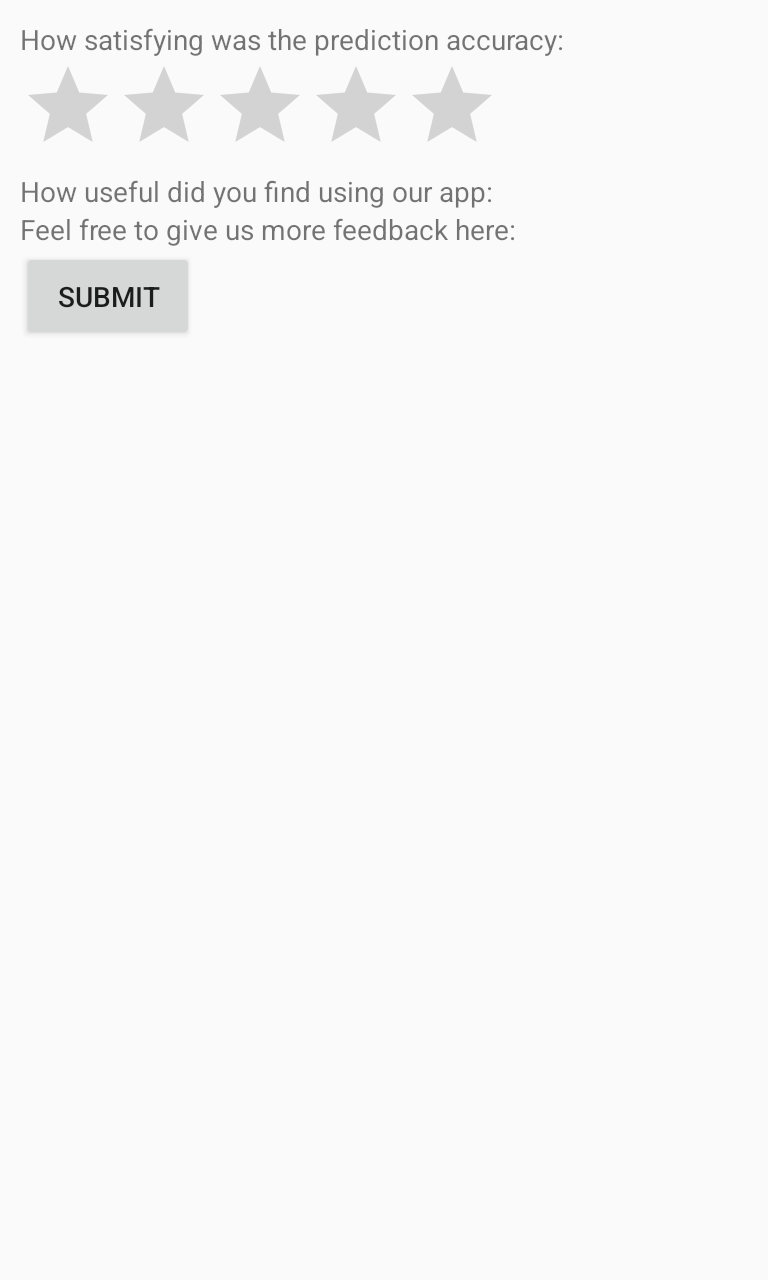
Repository: hessfr/contextRecognition
Layout: androidProjects/ContextRecognition/res/layout/activity_rating.xml
These files come from the project's save history. The layout is drawn as it stood at one moment and after the next save; the edit follows.
It is drawn on a 768 x 1280 px phone screen (xhdpi) without system bars, with theme AppTheme; the app's code is not run.

Above is the layout before, as saved 2014-05-30 07:36:00.

### androidProjects/ContextRecognition/res/layout/activity_rating.xml
<?xml version="1.0" encoding="utf-8"?>
<LinearLayout xmlns:android="http://schemas.android.com/apk/res/android"
    android:layout_width="match_parent"
    android:layout_height="match_parent"
    android:orientation="vertical"
    android:padding="10dp">

        <LinearLayout
	        android:layout_width="wrap_content"
	        android:layout_height="wrap_content"
	        android:orientation="vertical">

            <RelativeLayout
		        android:layout_width="match_parent"
		        android:layout_height="match_parent" >
			    <TextView android:layout_width="fill_parent"
			        android:layout_height="wrap_content"
			        android:layout_centerHorizontal="True"
			        android:text="@string/rating_accuracy_satisfaction"/>
		    </RelativeLayout>

            <RelativeLayout
		        android:layout_width="match_parent"
		        android:layout_height="match_parent" >
            	<RatingBar
			        android:id="@+id/ratingBar1"
			        android:layout_width="wrap_content"
			        android:layout_height="wrap_content"
			        android:layout_alignParentLeft="true"
			        android:layout_alignParentTop="true" />
            </RelativeLayout>

            <RelativeLayout
		        android:layout_width="match_parent"
		        android:layout_height="match_parent" >
			    <TextView android:layout_width="fill_parent"
			        android:layout_height="wrap_content"
			        android:layout_centerHorizontal="True"
			        android:text="@string/rating_useful"/>
		    </RelativeLayout>

            <RelativeLayout
		        android:layout_width="match_parent"
		        android:layout_height="match_parent" >
			    <TextView android:layout_width="fill_parent"
			        android:layout_height="wrap_content"
			        android:layout_centerHorizontal="True"
			        android:text="@string/rating_free_text"/>
			</RelativeLayout>

            <RelativeLayout
		        android:layout_width="match_parent"
		        android:layout_height="match_parent" >
		    <Button
		        android:id="@+id/button1"
		        android:layout_width="wrap_content"
		        android:layout_height="wrap_content"
		        android:layout_centerHorizontal="True"
		        android:text="@string/rating_submit_button" />
		    </RelativeLayout>

	    </LinearLayout>

</LinearLayout>

### androidProjects/ContextRecognition/res/values/strings.xml
<?xml version="1.0" encoding="utf-8"?>
<resources>

    <string name="app_name">ContextRecognition</string>
    <string name="hello_world">Hello world!</string>
    <string name="action_settings">Settings</string>
    <string name="action_rating">Rate our app</string>
    <string name="action_help">Help</string>
    <string name="label_settings">Settings</string>
    <string name="label_rating">Rate our app</string>
    <string name="label_help">Help</string>

    <string name="button_change">Change</string>
    <string name="button_correct">Correct</string>

    <string name="rating_accuracy_satisfaction">How satisfying was the prediction accuracy:</string>
    <string name="rating_useful">How useful did you find using our app:</string>
    <string name="rating_free_text">Feel free to give us more feedback here:</string>
    <string name="rating_submit_button">Submit</string>



    <string name="test">Test123</string>
    <string name="test_office">Office</string>


</resources>

Loaded but not shown: androidProjects/ContextRecognition/res/values/styles.xml (common file); androidProjects/ContextRecognition/res/values-v11/styles.xml (common file); androidProjects/ContextRecognition/res/values-v14/styles.xml (common file)

After the next save:
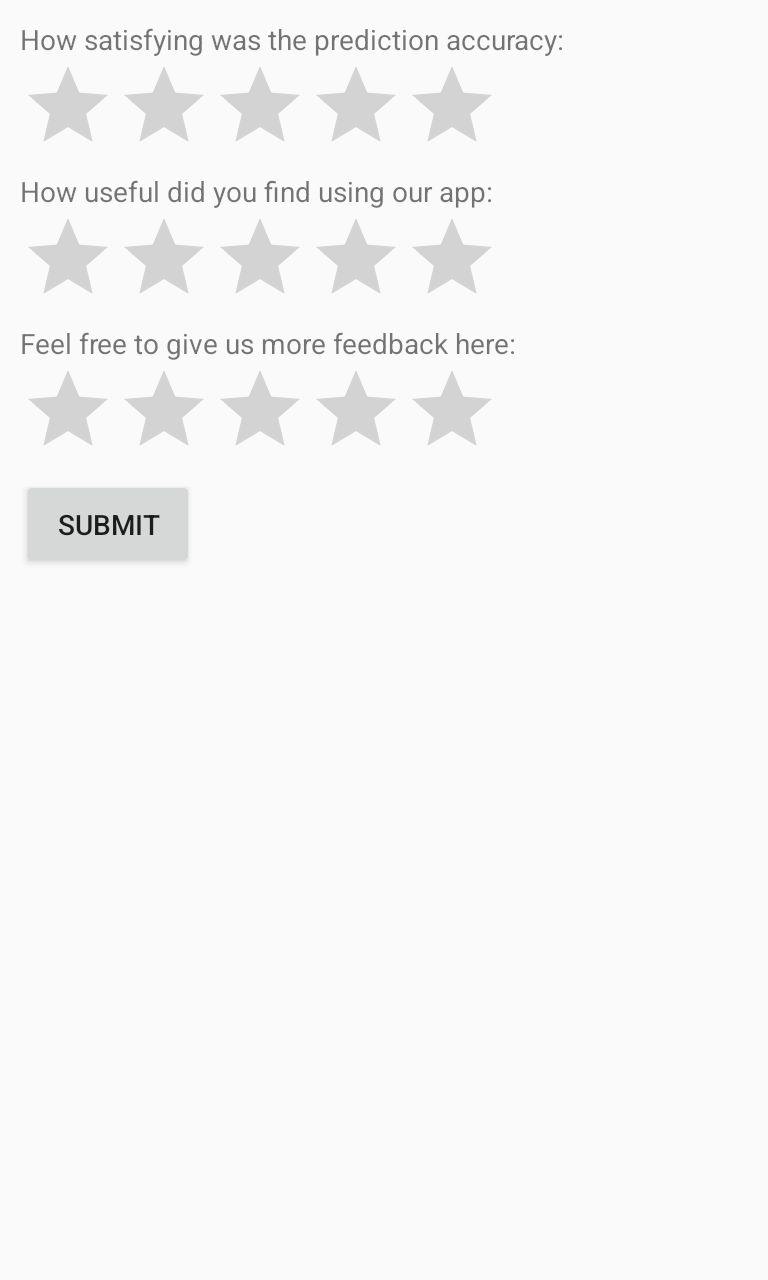
Saved 53 s later.
--- a/androidProjects/ContextRecognition/res/layout/activity_rating.xml
+++ b/androidProjects/ContextRecognition/res/layout/activity_rating.xml
@@ -42,11 +42,33 @@
             <RelativeLayout
 		        android:layout_width="match_parent"
 		        android:layout_height="match_parent" >
+            	<RatingBar
+			        android:id="@+id/ratingBar2"
+			        android:layout_width="wrap_content"
+			        android:layout_height="wrap_content"
+			        android:layout_alignParentLeft="true"
+			        android:layout_alignParentTop="true" />
+            </RelativeLayout>
+
+            <RelativeLayout
+		        android:layout_width="match_parent"
+		        android:layout_height="match_parent" >
 			    <TextView android:layout_width="fill_parent"
 			        android:layout_height="wrap_content"
 			        android:layout_centerHorizontal="True"
 			        android:text="@string/rating_free_text"/>
 			</RelativeLayout>
+
+            <RelativeLayout
+		        android:layout_width="match_parent"
+		        android:layout_height="match_parent" >
+            	<RatingBar
+			        android:id="@+id/ratingBar3"
+			        android:layout_width="wrap_content"
+			        android:layout_height="wrap_content"
+			        android:layout_alignParentLeft="true"
+			        android:layout_alignParentTop="true" />
+            </RelativeLayout>
 
             <RelativeLayout
 		        android:layout_width="match_parent"
